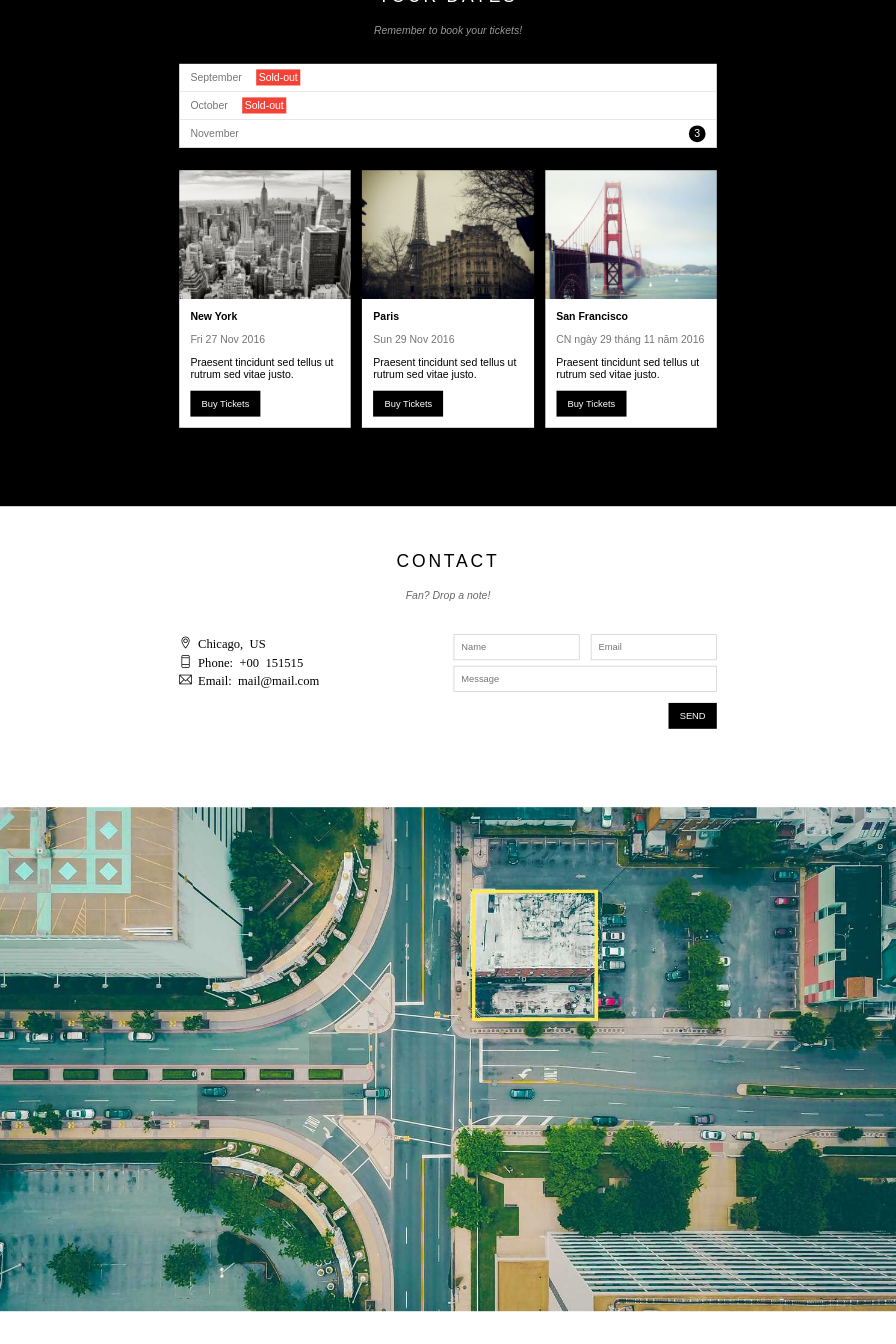
Repository: BillLee2000/w3-band
Page: index.html
An editor plug-in stored every save of this project. The page is shown before and after the next save, followed by the edit.
The browser window is 1280 px wide. The pictures show the part of the page from y = 1453 to 3373 px (the page is 3519 px tall), at 70% of full size.

Above is the page before, as saved 2021-12-17 06:54:13.

### index.html
<!DOCTYPE html>
<html lang="en">

<head>
    <meta charset="UTF-8">
    <meta http-equiv="X-UA-Compatible" content="IE=edge">
    <meta name="viewport" content="width=device-width, initial-scale=1.0">
    <link rel="icon" href="./assets/favicon/download.jpg" type="image/x-icon" />
    <link rel="stylesheet" href="./assets/css/styles.css">
    <link rel="stylesheet" href="./assets/css/responsive.css">
    <link rel="stylesheet" href="./assets/fonts/themify-icons/themify-icons.css">
    <title>The band</title>
</head>

<body>
    <div id="main">
        <div id="header">
            <ul id="nav">
                <!-- ul#nav>li*5>a -->
                <li><a href="#">Home</a></li>
                <li><a href="#band">Band</a></li>
                <li><a href="#tour">Tour</a></li>
                <li><a href="#contact">Contact</a></li>
                <li>
                    <a href="#">
                        More
                        <i class="down ti-angle-down"></i>
                    </a>
                    <ul class="subnav">
                        <li><a href="#">Merchandise</a></li>
                        <li><a href="#">Extras</a></li>
                        <li><a href="#">Media</a></li>
                    </ul>
                </li>
            </ul>
            <div id="mobile-menu" class="mobile-menu-btn">
                <i class="menu-icon ti-menu"></i>
            </div>
            <div class="search-btn">
                <i class="search-icon ti-search"></i>
            </div>
        </div>
        <div id="slide">
            <div class="text-content">
                <h2 class="text-heading">
                    Chicago
                </h2>
                <div class="text-decsription">
                    Thank you, Chicago - A night we won't forget.
                </div>
            </div>
        </div>
        <div id="content">
            <div id="band" class="content-section">
                <h2 class="section-heading">
                    THE BAND
                </h2>
                <p class="section-sub-heading">
                    We love music
                </p>
                <p class="about-text">
                    We have created a fictional band website. Lorem ipsum dolor sit amet, consectetur adipiscing elit,
                    sed do eiusmod tempor incididunt ut labore et dolore magna aliqua. Ut enim ad minim veniam, quis
                    nostrud exercitation ullamco laboris nisi ut aliquip ex ea commodo consequat. Duis aute irure dolor
                    in reprehenderit in voluptate velit esse cillum dolore eu fugiat nulla pariatur. Excepteur sint
                    occaecat cupidatat non proident, sunt in culpa qui officia deserunt mollit anim id est laborum
                    consectetur adipiscing elit, sed do eiusmod tempor incididunt ut labore et dolore magna aliqua. Ut
                    enim ad minim veniam, quis nostrud exercitation ullamco laboris nisi ut aliquip ex ea commodo
                    consequat
                </p>
                <div class="row nembers-list">
                    <div class="col col-third s-col-full mt-32 text-center">
                        <p class="member-name">
                            Name
                        </p>
                        <img src="./assets/img/band/member1.jpg" alt="Name" class="member-img">
                    </div>
                    <div class="col col-third s-col-full mt-32 text-center">
                        <p class="member-name">
                            Name
                        </p>
                        <img src="./assets/img/band/member1.jpg" alt="Name" class="member-img">
                    </div>
                    <div class="col col-third s-col-full mt-32 text-center">
                        <p class="member-name">
                            Name
                        </p>
                        <img src="./assets/img/band/member1.jpg" alt="Name" class="member-img">
                    </div>
                    <div class="clear"></div>
                </div>
            </div>
            <div id="tour" class="tour-section">
                <div class="content-section">
                    <h2 class="section-heading text-white">
                        TOUR DATES
                    </h2>
                    <p class="section-sub-heading text-white">
                        Remember to book your tickets!
                    </p>
                    <ul class="stickets-list">
                        <li>September <span class="sold-out">Sold-out</span></li>
                        <li>October <span class="sold-out">Sold-out</span></li>
                        <li>November <span class="quantity">3</span></li>
                    </ul>
                    <div class="row places-list">
                        <div class="col col-third s-col-full mt-16">
                            <img src="./assets/img/places/place1.jpg" alt="New York" class="place-img">
                            <div class="place-content">
                                <h3 class="place-heading">
                                    New York
                                </h3>
                                <p class="place-time">
                                    Fri 27 Nov 2016
                                </p>
                                <p class="place-description">
                                    Praesent tincidunt sed tellus ut rutrum sed vitae justo.
                                </p>
                                <button class="btn js-buy-ticket s-full-with">Buy Tickets</button>
                            </div>
                        </div>
                        <div class="col col-third s-col-full mt-16">
                            <img src="./assets/img/places/place2.jpg" alt="New York" class="place-img">
                            <div class="place-content">
                                <h3 class="place-heading">
                                    Paris
                                </h3>
                                <p class="place-time">
                                    Sun 29 Nov 2016
                                </p>
                                <p class="place-description">
                                    Praesent tincidunt sed tellus ut rutrum sed vitae justo.
                                </p>
                                <button class="btn js-buy-ticket s-full-with">Buy Tickets</button>
                            </div>
                        </div>
                        <div class="col col-third s-col-full mt-16">
                            <img src="./assets/img/places/place3.jpg" alt="New York" class="place-img">
                            <div class="place-content">
                                <h3 class="place-heading">
                                    San Francisco
                                </h3>
                                <p class="place-time">
                                    CN ngày 29 tháng 11 năm 2016
                                </p>
                                <p class="place-description">
                                    Praesent tincidunt sed tellus ut rutrum sed vitae justo.
                                </p>
                                <button class="btn js-buy-ticket s-full-with">Buy Tickets</button>
                            </div>
                        </div>
                        <div class="clear"></div>
                    </div>
                </div>
            </div>
            <div id="contact" class="content-section">
                <h2 class="section-heading">
                    CONTACT
                </h2>
                <p class="section-sub-heading">
                    Fan? Drop a note!
                </p>
                <div class="row contact-content">
                    <div class="col col-half s-col-full contact-info">
                        <p><i class="ti-location-pin"> Chicago, US</i></p>
                        <p><i class="ti-mobile"> Phone: +00 151515</i></p>
                        <p><i class="ti-email"> Email: mail@mail.com</i></p>
                    </div>
                    <div class="col col-half s-col-full contact-form">
                        <form action="">
                            <div class="row">
                                <div class="col col-half s-col-full">
                                    <input placeholder="Name" type="text" name="" required id="" class="form-control">
                                </div>
                                <div class="col col-half s-col-full s-mt-8">
                                    <input placeholder="Email" type="email" name="" required id="" class="form-control">
                                </div>

                            </div>
                            <div class="row mt-8">
                                <div class="col col-full">
                                    <input placeholder="Message" type="text" name="" required id=""
                                        class="form-control">
                                </div>
                            </div>
                            <input class="btn mt-16 pull-right s-full-with " type="submit" value="SEND">
                        </form>
                    </div>
                </div>
            </div>
            <div class="map-section">
                <img src="./assets/img/map.jpg" alt="map">
            </div>

        </div>
        <div id="footer">
            <div class="social-list">
                <a href=""><i class="ti-facebook"></i></a>
                <a href=""><i class="ti-instagram"></i></a>
                <a href=""><i class="ti-youtube"></i></a>
                <a href=""><i class="ti-pinterest"></i></a>
                <a href=""><i class="ti-twitter"></i></a>
                <a href=""><i class="ti-linkedin"></i></a>
            </div>
            <p class="copyright">Powered by <a href="">w3.css</a></p>
        </div>
        <div class="modal js-modal">
            <div class="modal-container js-modal-container">
                <div class="modal-close js-modal-close">
                    <i class="ti-close"></i>
                </div>
                <header class="modal-header">
                    <i class="modal-heading-icon ti-bag"></i>
                    Tickets
                </header>
                <div class="modal-body">
                    <label for="tickets-quantity" class="modal-tickets">
                        <i class="ti-shopping-cart"></i>
                        Tickets, $15 per person
                    </label>
                    <input type="text" id="tickets-quantity" class="modal-input" placeholder="How many?">
                    <label for="tickets-email" class="modal-tickets">
                        <i class="ti-user"></i>
                        Send to
                    </label>
                    <input id="tickets-email" type="email" class="modal-input" placeholder="Enter email...">
                    <button id="buy-tickets">
                        Pay <i class="ti-check"></i>
                    </button>
                </div>
                <footer class="modal-footer">
                    <p class="modal-help">Need <a href="" class="">help?</a></p>
                </footer>
            </div>
        </div>
    </div>
    <script>
        const buyBtns = document.querySelectorAll('.js-buy-ticket') /* Lấy 3 giá trị của nut buy tickets đẩy vào buyBtns */
        const modal = document.querySelector('.js-modal') /* thêm class modal vào hằng */
        const modalClose = document.querySelector('.js-modal-close')
        const modalConainer = document.querySelector('.js-modal-container')
        function showBuyTicket() {
            /*  alert("Show") */ /* bật lên hộp thoại */
            modal.classList.add('open') /* add thêm class open vào sau modal bật của sổ hiển thị lên */
        }
        function hideBuyTicket() {
            /*  alert("Show") */ /* bật lên hộp thoại */
            modal.classList.remove('open') /* remove class open vào sau modal close để đóng cửa sổ hiển thị */
        }
        for (const buyBtn of buyBtns) {/* Vòng lặp cho từng nút(button) chạy 3 lần */
            buyBtn.addEventListener('click', showBuyTicket)/* Khi click vào ô buyTickKets sẽ chuyển đến hàm show.. */
        }
        modalClose.addEventListener('click', hideBuyTicket)
        modal.addEventListener('click', hideBuyTicket)
        modalConainer.addEventListener('click', function (event) {
            event.stopPropagation() //ngừng event nổi bọt lại
        })
    </script>
    <script>
        var header = document.getElementById('header');
        var mobileMenu = document.getElementById('mobile-menu');
        /* console.log(mobileMenu) */
        var headerHeight = header.clientHeight;
        // Dong mo mobile menu
        mobileMenu.onclick = function (){
            /* alert('Thong Bao'); */
            var isClosed = header.clientHeight === headerHeight;
            if (isClosed) {
                header.style.height = 'auto';
            }else{
                header.style.height = null;
            }
        }
        //tu dong dong khi chon menu
        var menuItems = document.querySelectorAll('#nav li a[href*="#"]');
        /* console.log(menuItems); */
        for (var i = 0;i<menuItems.length;i++){
            var menuItem = menuItems[i];
            menuItem.onclick = function(event){
                var isParentMenu = this.nextElementSibling && this.nextElementSibling.classList.contains('subnav');
                if(isParentMenu){
                    event.preventDefault();
                }else{
                    header.style.height = null;
                }
            }
        }
    </script>
</body>

</html>

### assets/css/styles.css
/* reset css */

* {
    padding: 0;
    margin: 0;
    box-sizing: border-box;
}

html {
    scroll-behavior: smooth; /* //hành động cuộn */
    font-family: Arial, Helvetica, sans-serif;
    /* font chu in dam */
}

#main {}

.text-white{
    color: #fff !important;
}
.row{
    margin-left: -8px;
    margin-right: -8px;
}
.row::after {
    content: "";
    display: block;
    clear: both;
}
.mt-8{
    margin-top: 8px !important;
}
.mt-16{
    margin-top: 16px !important;
}
.mt-32{
    margin-top: 32px;
}
.col {
    float: left;
    padding-left: 8px;
    padding-right: 8px;
}
.col-half{
    width: 50%;
}
.col-third{
    width: 33.33333%;
}
.col-full {
    width: 100%;
}
.text-center {
    text-align: center !important;
}

#header {
    height: 46px;
    background-color: black;
    position: fixed;
    top: 0;
    left: 0;
    right: 0;
    z-index: 1;
}
#header .mobile-menu-btn {
    position: absolute;
    top: 0;
    right: 0;
    display: none;
}
#header .mobile-menu-btn,
#header .search-btn {
    float: right;
    padding: 0 21px;
}
#header .mobile-menu-btn:hover {
    background-color: #ccc;
}
#header .mobile-menu-btn:hover .menu-icon {
    color: #000;
}
#header .search-btn:hover {
    background-color: #f44336;
    cursor: pointer;
}
#header .menu-icon,
#header .search-icon {
    color: #fff;
    line-height: 46px;
}

#nav {
    display: inline-block;
}

#nav>li {
    display: inline-block;
}

#nav li {
    position: relative;
}

#nav .down {
    font-size: 14px;
}

#nav>li>a {
    color: #fff;
    text-transform: uppercase;
}

#nav li a {
    text-decoration: none;
    line-height: 46px;
    padding: 0 24px;
    display: block;
}

#nav .subnav li:hover a,
#nav>li:hover>a {
    color: #000;
    background-color: #ccc;
}

#nav li:hover .subnav {
    display: block;
}

#nav,
.subnav {
    list-style-type: none;
    /* bor dau cham dau dong */
}

#nav .subnav {
    display: none;
    min-width: 160px;
    top: 100%;
    left: 0;
    position: absolute;
    background-color: #fff;
    box-shadow: 0 0 10px rgba(0, 0, 0, 0.3);
}

#nav .subnav a {
    color: #000;
    padding: 0 12px;
    line-height: 38px;
}

#slide {
    margin-top: 46px;
    padding-top: 50%;
    background: url("/assets/img/slider/slider1.jpg") top center / cover no-repeat;
    position: relative;
}

#slide .text-content {
    color: #fff;
    position: absolute;
    left: 50%;
    bottom: 47px;
    transform: translate(-50%);
    /* Cách 1 */
    /* Width: 100%; */
    /* cach 2 */
    /* Cách 3: left: 0; right: 0; */
    text-align: center;
}

#slide .text-heading {
    font-size: 24px;
    font-weight: 500;
}

#slide .text-decsription {
    font-size: 15px;
    margin-top: 25px;
}
.pull-right {
    float: right !important;
}
.btn{
    color: #fff;
    background-color: #000;
    text-decoration: none;
    padding: 11px 16px;
    display: inline-block;
    margin-top: 15px;
    border: none;
    text-align: center;

}
.btn:hover {
    cursor: pointer;
    color: #000;
    background-color: #ccc;
}

#content {}

#content .content-section{
    width: 800px;
    max-width: 100%;
    padding: 64px 0 112px;
    margin-left: auto;
    margin-right: auto;
    padding-left: 16px;
    padding-right: 16px;
}
#content .section-heading{
    font-weight: 500;
    text-align: center;/* Can giua */
    font-size: 25px;
    letter-spacing: 4px;/* Khoảng cách các chữ cái */
}
#content .section-sub-heading{
    text-align: center;
    margin-top: 25px;
    font-size: 15px;
    font-style: italic;
    opacity: 0.6;/* Giam 40% đô đậm của chữ */
}
#content .about-text {
    margin-top: 25px;
    text-align: justify;
    line-height: 1.4;
}
#content .nembers-list{
    margin-top: 32px;
}
/* #content .member-item { */
    /* float: left; */
    /* width: calc(100% / 3); */
   /*  width: 33.333333%; */
    /* text-align: center; */
/* } */
#content .member-name{
    font-size: 15px;
}
#content .member-img{
    margin-top: 15px;
    width: 154px;
    border-radius: 4px;
    overflow: hidden;/* Xóa font float:left; */
}
#content .clear{
    clear: both;
}
#content .tour-section{
    background-color: #000;

}
.stickets-list{
    background-color: #fff;
    margin-top: 40px;
    list-style: none;
}
.stickets-list li{
    font-size: 15px;
    padding: 11px 16px;
    border-bottom:  1px solid #ddd;
    color: #757575;
}
.stickets-list .sold-out {
    background-color: #f44336;
    padding: 3px 4px;
    color: #fff;
    margin-left: 16px;
}
.stickets-list .quantity{
    float: right;
    width: 24px;
    height: 24px;
    color: #fff;
    text-align: center;
    line-height: 24px;
    background-color: #000;
    border-radius: 50%;
    margin-top: -3px;
}

.tour-section .places-list{
    margin-top: 16px;
}

.tour-section .place-img{
    width: 100%;
    display: block;
}
.tour-section .place-img:hover{
    opacity: 0.6;
}
.tour-section .place-content{
    background-color: #fff;
    padding: 16px;
    font-size: 15px;
}
.tour-section .place-heading{
    font-weight: 600;
    font-size: 15px;
}
.tour-section .place-time{
    margin-top: 16px;
    color: #757575;
}
.tour-section .place-description{
    margin-top: 16px;
}
.contact-content{
    margin-top: 48px;
}
.contact-form {
    font-size: 15px;
}
.contact-content .contact-info{
    font-size: 18px;
    line-height: 1.5;
}
.contact-form .form-control {
    padding: 10px;
    border: 1px solid #ccc;
    width: 100%;
    outline: none;
}
.contact-info i[class*="ti-"] {
    width: 30px;
}

#footer {}

.modal {
    position: fixed;
    top: 0;
    left: 0;
    right: 0;
    bottom: 0;
    background: rgba(0, 0, 0, 0.4);
    display: none;
    align-items: center;
    justify-content: center;

}

.modal.open {
    display: flex;
}

.modal-container{
    width: 900px;
    min-height: 200px;
    background-color: #fff;
    position: relative;
    max-width: calc(100% - 32px);
    animation: modalFadeIn ease 0.5s;
}
.modal .modal-close{
    position: absolute;
    right: 0;
    top: 0;
    color: #fff;
    padding: 12px;
    cursor: pointer;
    opacity: 0.8;
}
.modal-close:hover{
    opacity: 1;
    background-color: #ccc;
}
.modal .modal-header{
    background-color: #009688;
    height: 130px;
    display: flex;
    align-items: center;
    justify-content: center;
    font-size: 30px;
    color: #fff;
}
.modal-body{
    padding: 16px;
}
.modal-tickets{
    display: block;
    font-size: 15px;
    margin-bottom: 15px;
}
.modal-input{
    border: 1px solid #ccc;
    width: 100%;
    padding: 10px;
    font-size: 15px;
    margin-bottom: 24px;
}
.modal-heading-icon{
    margin-right: 16px;
}
#buy-tickets{
    color: #fff;
    background: #009688;
    border: none;
    width: 100%;
    font-size: 15px;
    text-transform: uppercase;
    padding: 18px;
}
#buy-tickets:hover {
    cursor: pointer;
    opacity: 0.9;
}
.map-section img {
    width: 100%;
}
#footer {
    padding: 64px 16px;
    text-align: center;
}
#footer .social-list {
    font-size: 24px;
}
#footer .social-list a {
    color: rgba(0 ,0 ,0 ,0.6);
    text-decoration: none;
}
#footer .copyright a:hover,
#footer .social-list a:hover {
    color: rgba(0 ,0 ,0 ,0.4);
}
#footer .copyright {
    margin-top: 15px;
    color: rgba(0 ,0 ,0 ,0.6);
}
.modal-footer {
    padding: 16px;
    text-align: right;
}
.modal-footer a {
    color: #2196F3;
}
@keyframes modalFadeIn{
    from {
        opacity: 0;
        transform: translateY(-140px);
    }
    to{
        opacity: 1;
        transform: translateY(0);
    }
}
/* PC */
@media(min-width: 1024px){

}
/* Tablet */
@media (min-width: 740px) and (max-width:1023px){

}
@media(max-width: 740px){

}

### assets/css/responsive.css
/* PC */
@media(min-width: 1024px){
}
/*Tablet and mobile */
@media(max-width: 1023px) {
    .btn {
        padding: 15px 16px;
    }
    #nav .subnav a {
        padding: 5px 12px;
    }
    .contact-form .form-control {
        padding: 15px;
    }

    .social-list {
        font-size: 48px;
    }
    #footer .social-list a {
        margin: 0 8px;
    }
    #footer .copyright a {
        padding: 12px 0;
        display: inline-block;
    }
}


/* Tablet */
@media (min-width: 740px) and (max-width:1023px){
    .contact-info {
        line-height: 2;
    }
}
/* Mobile */
@media(max-width: 740px){
    .s-full-with,
    .s-col-full {
        width: 100% !important;
    }
    .s-mt-8{
        margin-top: 8px !important;
    }
    #nav {
        display: block;
    }
    #nav>li {
        display: block;
    }
    #nav li a {
        padding: 1px 24px;
    }
    #nav > li:first-child {
        display: inline-block;
    }
    #nav .subnav {
        position: initial;
        background-color: #333;
    }

    #content .member-img {
        width: 60%;
    }
    #content .about-text {

    }
    #nav .subnav a {
        color: #fff;
        padding: 5px 41px;
    }
    #header {
        overflow: hidden;
    }
    #header .mobile-menu-btn {
        display: block;
    }
    #header .search-btn {
        display: none;
    }
    .contact-form {
        margin-top: 32px;
    }
}

Loaded but not shown: assets/fonts/themify-icons/themify-icons.css (common file)

After the next save:
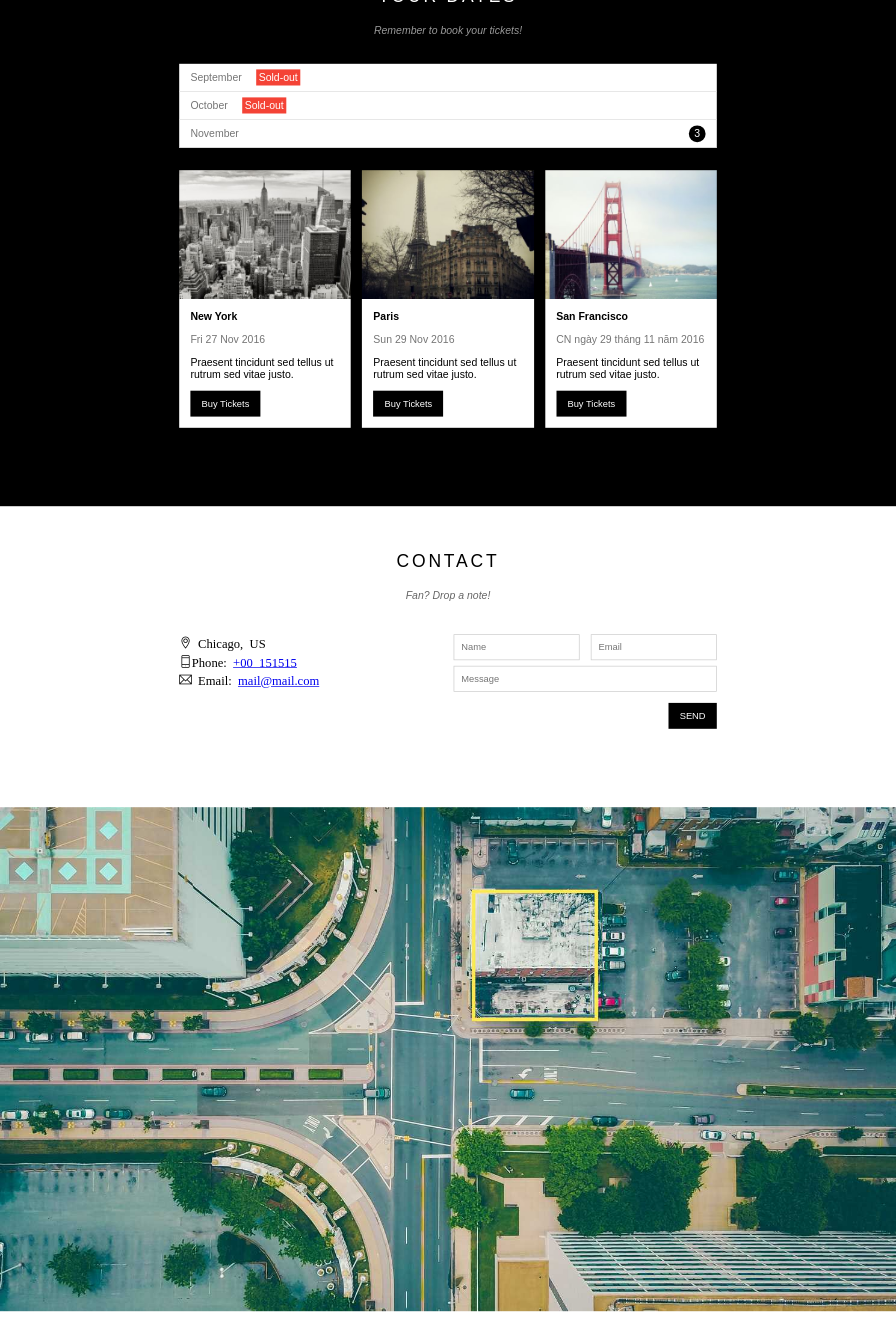
Saved 3 min 19 s later.
--- a/index.html
+++ b/index.html
@@ -163,8 +163,8 @@
                 <div class="row contact-content">
                     <div class="col col-half s-col-full contact-info">
                         <p><i class="ti-location-pin"> Chicago, US</i></p>
-                        <p><i class="ti-mobile"> Phone: +00 151515</i></p>
-                        <p><i class="ti-email"> Email: mail@mail.com</i></p>
+                        <p><i class="ti-mobile">Phone: <a href="tel:+00 151515">+00 151515</a></i></p>
+                        <p><i class="ti-email"> Email: <a href="mailto:mail@mail.com">mail@mail.com</a></i></p>
                     </div>
                     <div class="col col-half s-col-full contact-form">
                         <form action="">
